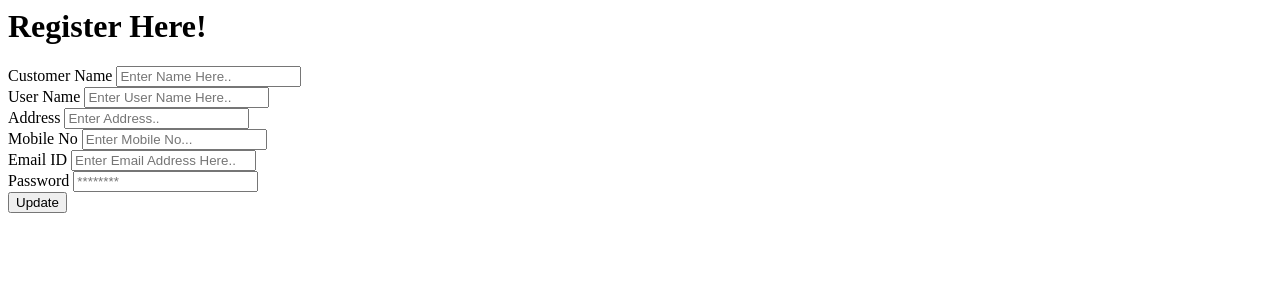
Repository: SmithaMendonca/Project-2
Page: EduCollaborationFrontend/WebContent/c_user/UpdateProfile.html
The author's editor kept a copy of each file at every save. The page is drawn from the files as they stood at one save, then again after the next save.
The browser window is 1280 px wide. The pictures show the whole page.

Above is the page before, as saved 2019-07-14 07:13:13.

After the next save:
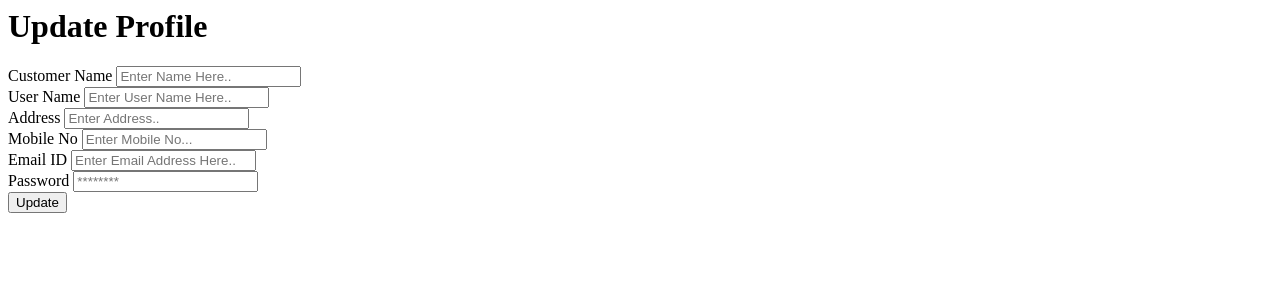
Saved 2 min 39 s later.
--- a/EduCollaborationFrontend/WebContent/c_user/UpdateProfile.html
+++ b/EduCollaborationFrontend/WebContent/c_user/UpdateProfile.html
@@ -1,7 +1,7 @@
 <div ng-controller="UserController">
 
 <div class="container">
-    <h1 class="well">Register Here!</h1>
+    <h1 class="well">Update Profile</h1>
 	<div class="col-lg-12 well">
 	<div class="row">
 
